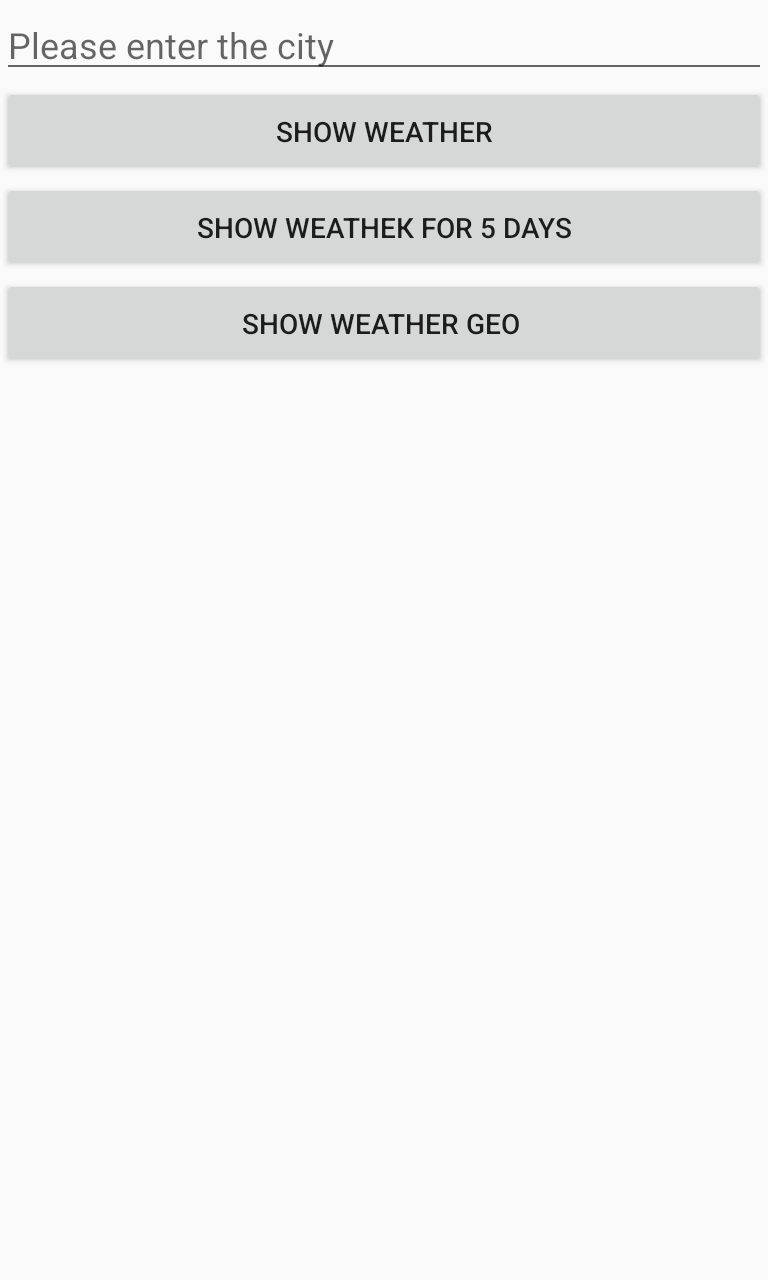
Repository: alexWr/weather-app
Layout: OpenWeatherT/res/layout/main.xml
An editor plug-in stored every save of this project. The layout is shown before and after the next save, followed by the edit.
It is drawn on a 768 x 1280 px phone screen (xhdpi) without system bars, with theme AppTheme; the app's code is not run.

Above is the layout before, as saved 2014-10-17 11:57:49.

After the next save:
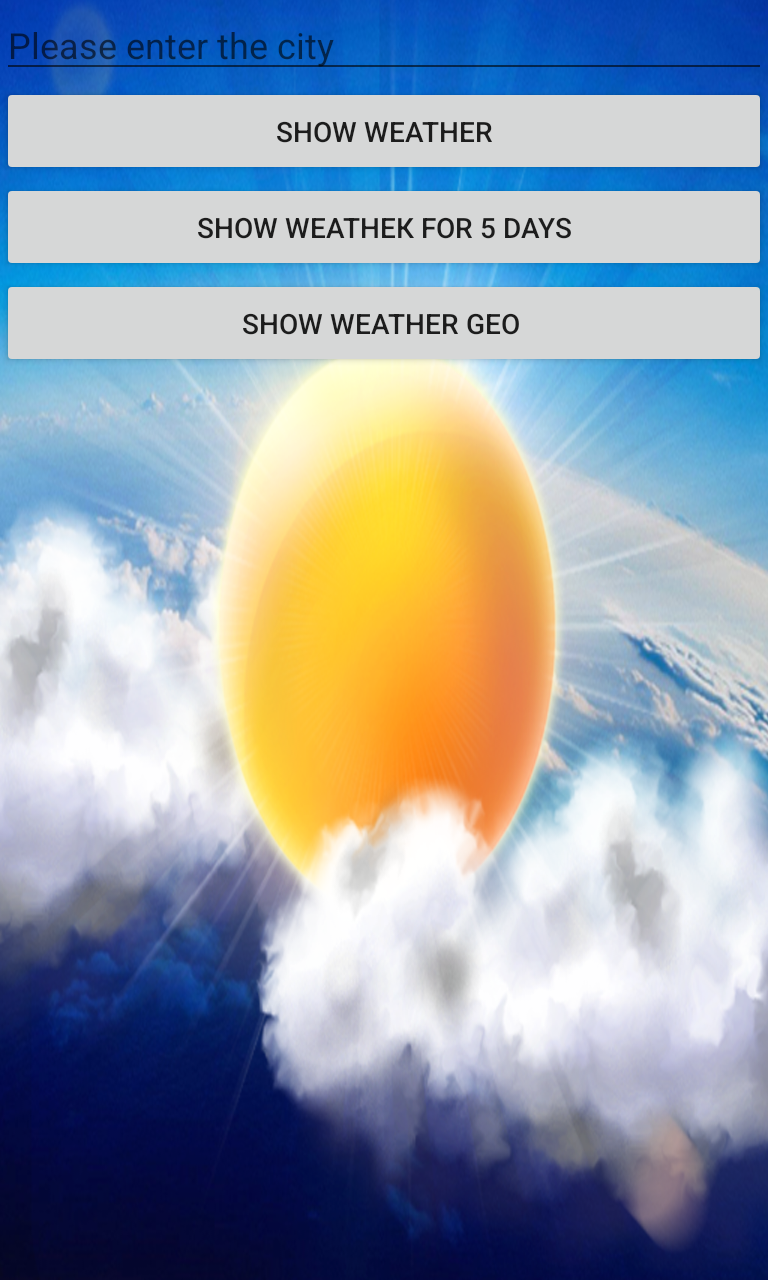
Saved 88 s later.
--- a/OpenWeatherT/res/layout/main.xml
+++ b/OpenWeatherT/res/layout/main.xml
@@ -2,7 +2,7 @@
 <LinearLayout xmlns:android="http://schemas.android.com/apk/res/android"
     android:layout_width="fill_parent"
     android:layout_height="fill_parent"
-    android:background="@drawable/1"
+    android:background="@drawable/ab"
     android:orientation="vertical"     >
     <EditText
 		android:layout_width="match_parent"
